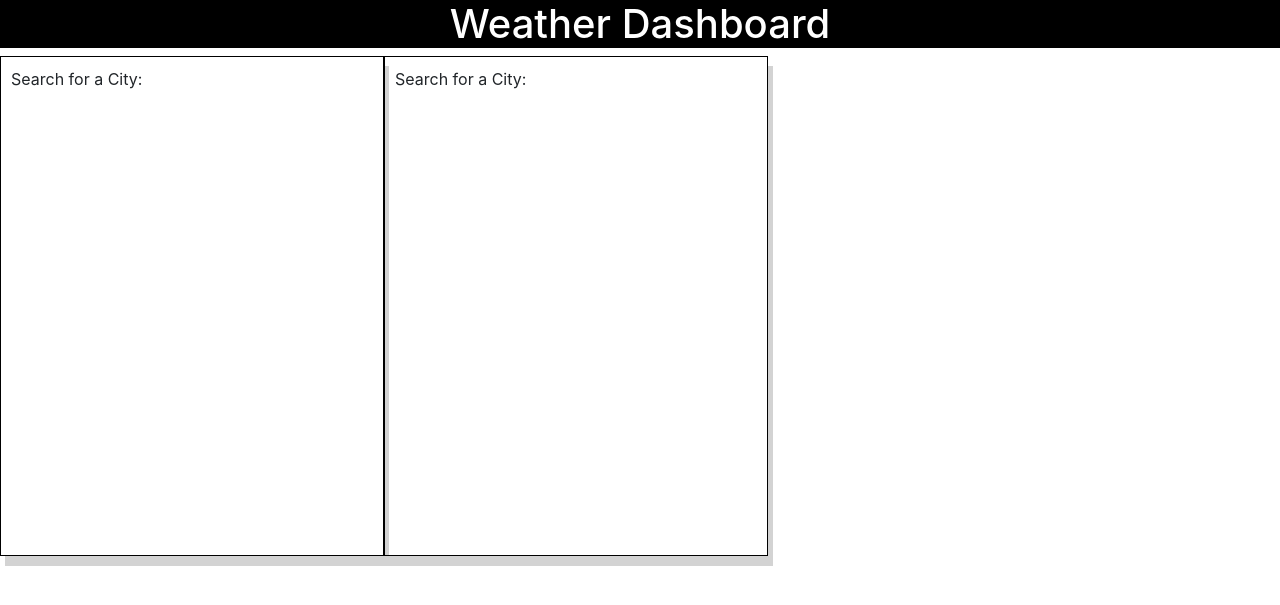
Repository: s88leigh/Weather-Dashboard
Page: index.html
These files come from the project's save history. The page is drawn as it stood at one moment and after the next save; the edit follows.
The browser window is 1280 px wide. The pictures show the whole page.

Above is the page before, as saved 2019-10-30 19:59:40.

### index.html
<!DOCTYPE html>
<html lang="en">
<head>
    <meta charset="UTF-8">
    <meta name="viewport" content="width=device-width, initial-scale=1.0">
    <meta http-equiv="X-UA-Compatible" content="ie=edge">
    <link rel="stylesheet" href="https://stackpath.bootstrapcdn.com/bootstrap/4.3.1/css/bootstrap.min.css" integrity="sha384-ggOyR0iXCbMQv3Xipma34MD+dH/1fQ784/j6cY/iJTQUOhcWr7x9JvoRxT2MZw1T" crossorigin="anonymous">
    <link rel="stylesheet" href="style.css">
    <title>Weather Dashboard</title>
</head>
<body>

    <div id="box">
        <h1>Weather Dashboard</h1>
    </div>

    <div id="left-box">
        <label id="search">Search for a City:</label>

    </div>

    <div id="left-box">
        <label id="search">Search for a City:</label>

    </div>



</body>
</html>

### style.css


h1 {
    color: white;
    text-align: center;
    background-color: black;
}
#left-box {
    float: left;
    width: 30%;
    height: 500px;
    border: 1px solid black;
    padding: 10px;
    box-shadow: 5px 10px lightgray;


}
#right-box {
    float: left;
    width: 70%;
    height: 500px;
    border: 1px solid black;
    padding: 10px;
    box-shadow: 5px 10px lightgray;
}

After the next save:
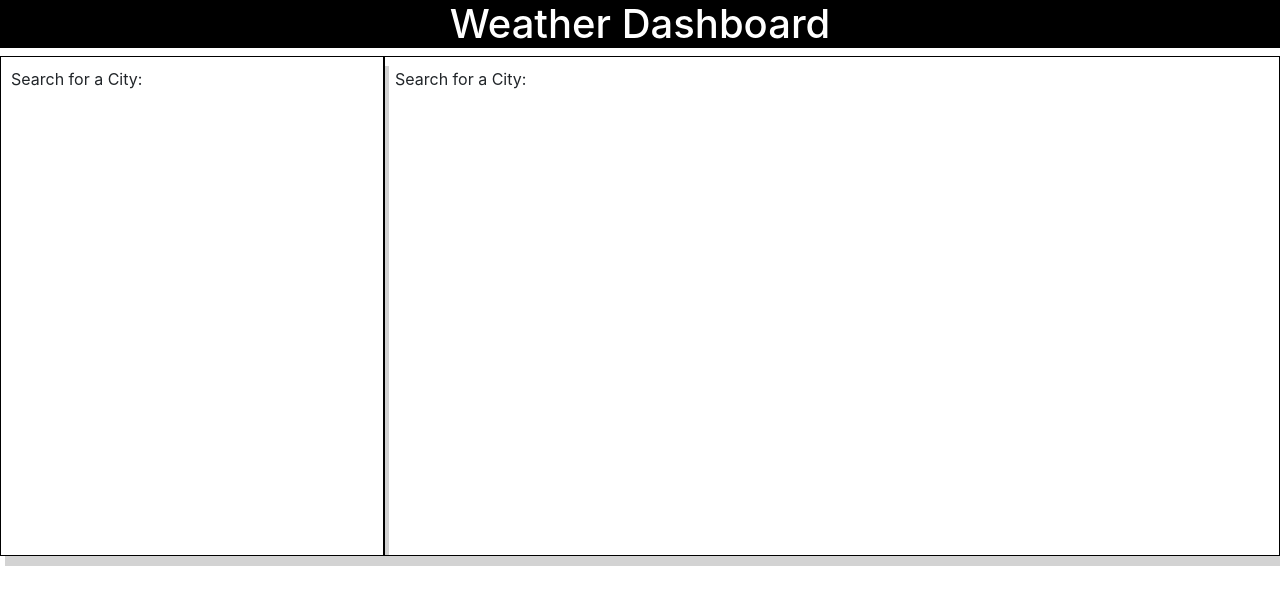
Saved 7 s later.
--- a/index.html
+++ b/index.html
@@ -19,7 +19,7 @@
 
     </div>
 
-    <div id="left-box">
+    <div id="right-box">
         <label id="search">Search for a City:</label>
 
     </div>
